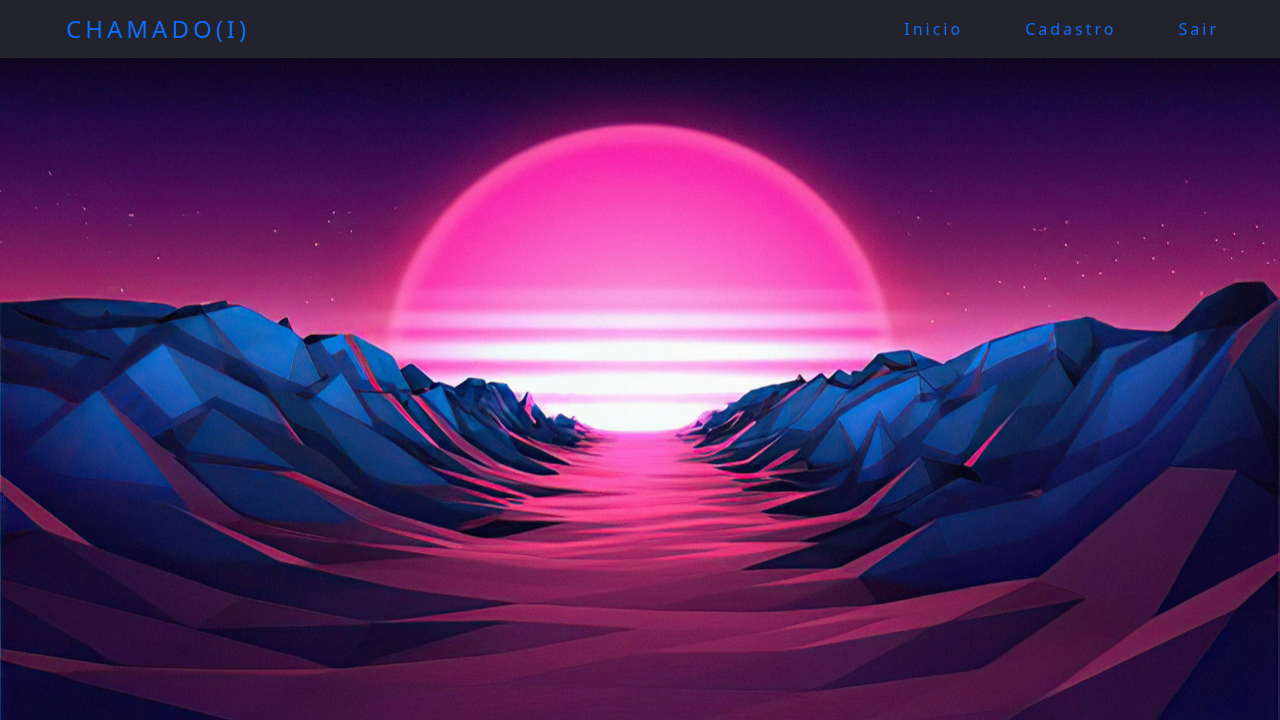
Repository: isaquemc2001/isaque-utilities
Page: index.html
An editor plug-in stored every save of this project. The page is shown before and after the next save, followed by the edit.
The browser window is 1280 px wide. The pictures show the whole page.

Above is the page before, as saved 2021-10-28 13:17:02.

### index.html
<!DOCTYPE html>
<html lang="pt-br">

<head>
    <meta charset="UTF-8" />
    <meta http-equiv="X-UA-Compatible" content="IE=edge" />
    <meta name="viewport" content="width=device-width, initial-scale=1.0" />

    <!--Style CSS-->
    <link rel="stylesheet" href="style.css" />

    <!--BOOTSTRAP-->
    <link href="https://cdn.jsdelivr.net/npm/bootstrap@5.0.2/dist/css/bootstrap.min.css" rel="stylesheet"
        integrity="sha384-EVSTQN3/azprG1Anm3QDgpJLIm9Nao0Yz1ztcQTwFspd3yD65VohhpuuCOmLASjC" crossorigin="anonymous">
    <script src="https://cdn.jsdelivr.net/npm/bootstrap@5.0.2/dist/js/bootstrap.bundle.min.js"
        integrity="sha384-MrcW6ZMFYlzcLA8Nl+NtUVF0sA7MsXsP1UyJoMp4YLEuNSfAP+JcXn/tWtIaxVXM"
        crossorigin="anonymous"></script>

    <title>Navbar</title>
</head>

<body>
    <header>
        <nav>
            <a class="logo nav-link" href="/">Chamado(i)</a>
            <div class="mobile-menu">
                <div class="line1"></div>
                <div class="line2"></div>
                <div class="line3"></div>
            </div>
            <ul class="nav-list">
                <li class="nav-item"><a href="#" class="nav-link mt-3 d-flex">Inicio</a></li>
                <li class="nav-item"><a href="#" class="nav-link mt-3 d-flex">Cadastro</a></li>
                <li class="nav-item"><a href="#" class="nav-link mt-3 d-flex">Sair</a></li>
                <li></li>
            </ul>
        </nav>
    </header>
    <main></main>
    <script src="mobile_navbar.js"></script>
</body>

</html>

### style.css
* {
    margin: 0;
    padding: 0;
}

a {
    color: #ffffff;
    text-decoration: none;
    transition: 0.3s;
}

a:hover {
    opacity: 0.7;
    color: #d3d3d3;
}

.logo {
    font-size: 24px;
    text-transform: uppercase;
    letter-spacing: 4px;
    margin-left: 50px;
}

nav {
    display: flex;
    justify-content: space-between;
    align-items: center;
    font-family: system-ui, -apple-system, Helvetica, Arial, sans-serif;
    background: #23232e;
    height: 8vh;
}

main {
    background: url("bg.jpg") no-repeat center center;
    background-size: cover;
    height: 92vh;
}

.nav-list {
    list-style: none;
    display: flex;
}

.nav-list li {
    letter-spacing: 3px;
    padding: 15px;
}

.mobile-menu {
    display: none;
    cursor: pointer;
    margin-right: 30px;
}

.mobile-menu div {
    width: 32px;
    height: 2px;
    background: #fff;
    margin: 8px;
    transition: 0.3s;
}

@media (max-width: 999px) {
    body {
        overflow-x: hidden;
    }
    .nav-list {
        position: absolute;
        top: 8vh;
        right: 0;
        width: 50vw;
        height: 92vh;
        background: #23232e;
        flex-direction: column;
        align-items: center;
        transform: translateX(100%);
        transition: transform 0.3s ease-in;
    }
    .nav-list li {
        margin-left: 0;
        opacity: 0;
        margin-top: 50px;
        margin-right: 15px;
    }
    .mobile-menu {
        display: block;
    }
}

.nav-list.active {
    transform: translateX(0);
}

@keyframes navLinkFade {
    from {
        opacity: 0;
        transform: translateX(50px);
    }
    to {
        opacity: 1;
        transform: translateX(0);
    }
}

.mobile-menu.active .line1 {
    transform: rotate(-45deg) translate(-8px, 8px);
}

.mobile-menu.active .line2 {
    opacity: 0;
}

.mobile-menu.active .line3 {
    transform: rotate(45deg) translate(-6px, -6px);
}

### mobile_navbar.js
class MobileNavbar {
    constructor(mobileMenu, navList, navLinks) {
      this.mobileMenu = document.querySelector(mobileMenu);
      this.navList = document.querySelector(navList);
      this.navLinks = document.querySelectorAll(navLinks);
      this.activeClass = "active";

      this.handleClick = this.handleClick.bind(this);
    }

    animateLinks() {
      this.navLinks.forEach((link, index) => {
        link.style.animation
          ? (link.style.animation = "")
          : (link.style.animation = `navLinkFade 0.5s ease forwards ${
              index / 7 + 0.3
            }s`);
      });
    }

    handleClick() {
      this.navList.classList.toggle(this.activeClass);
      this.mobileMenu.classList.toggle(this.activeClass);
      this.animateLinks();
    }

    addClickEvent() {
      this.mobileMenu.addEventListener("click", this.handleClick);
    }

    init() {
      if (this.mobileMenu) {
        this.addClickEvent();
      }
      return this;
    }
  }

  const mobileNavbar = new MobileNavbar(
    ".mobile-menu",
    ".nav-list",
    ".nav-list li",
  );
  mobileNavbar.init();

After the next save:
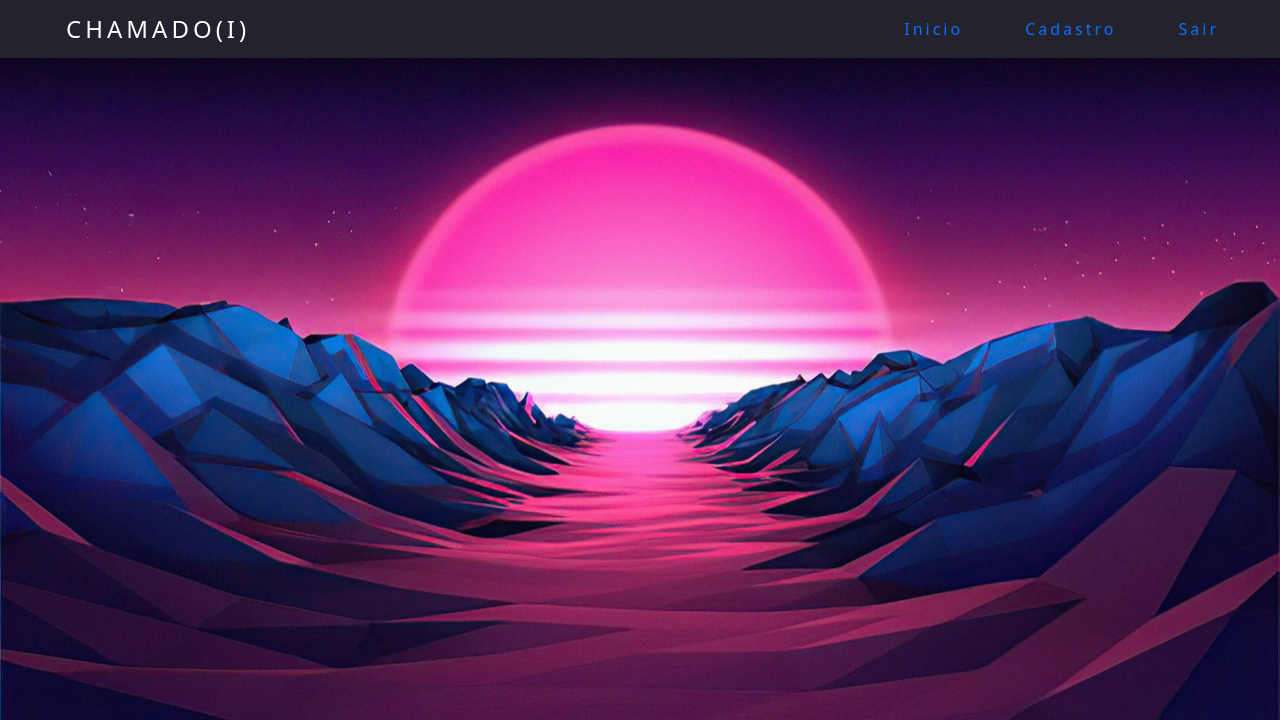
Saved 13 s later.
--- a/index.html
+++ b/index.html
@@ -22,7 +22,7 @@
 <body>
     <header>
         <nav>
-            <a class="logo nav-link" href="/">Chamado(i)</a>
+            <a class="logo nav-link" href="/" style="color: white;">Chamado(i)</a>
             <div class="mobile-menu">
                 <div class="line1"></div>
                 <div class="line2"></div>

After the save that followed:
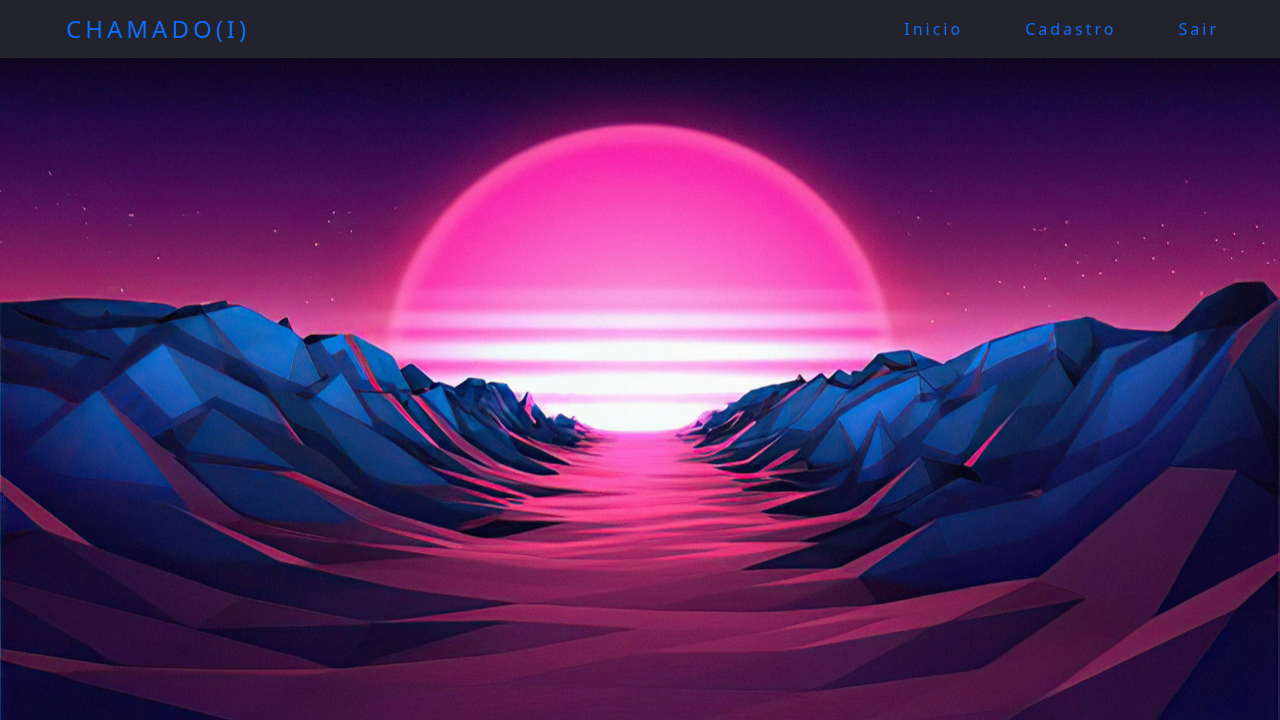
Saved 6 s later.
--- a/index.html
+++ b/index.html
@@ -22,7 +22,7 @@
 <body>
     <header>
         <nav>
-            <a class="logo nav-link" href="/" style="color: white;">Chamado(i)</a>
+            <a class="logo nav-link" href="/">Chamado(i)</a>
             <div class="mobile-menu">
                 <div class="line1"></div>
                 <div class="line2"></div>
